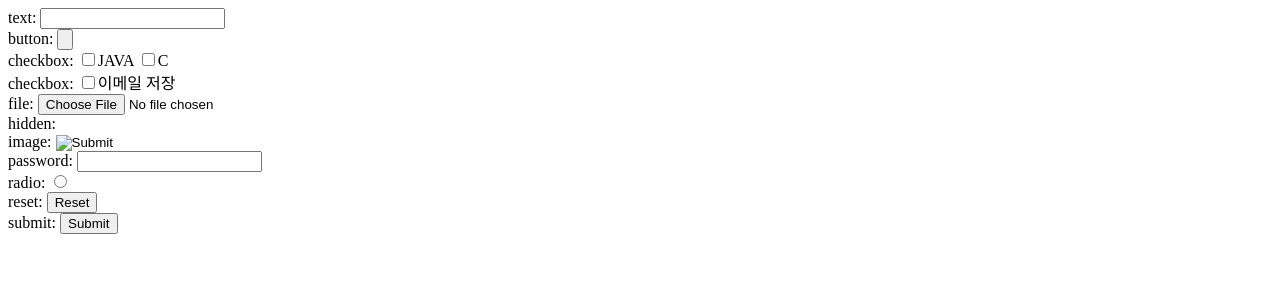
Repository: soso1525/bitcamp
Page: workspace/java-web/src/main/webapp/ch2/2-38.html
These files come from the project's save history. The page is drawn as it stood at one moment and after the next save; the edit follows.
The browser window is 1280 px wide. The pictures show the whole page.

Above is the page before, as saved 2017-12-12 07:09:19.

After the next save:
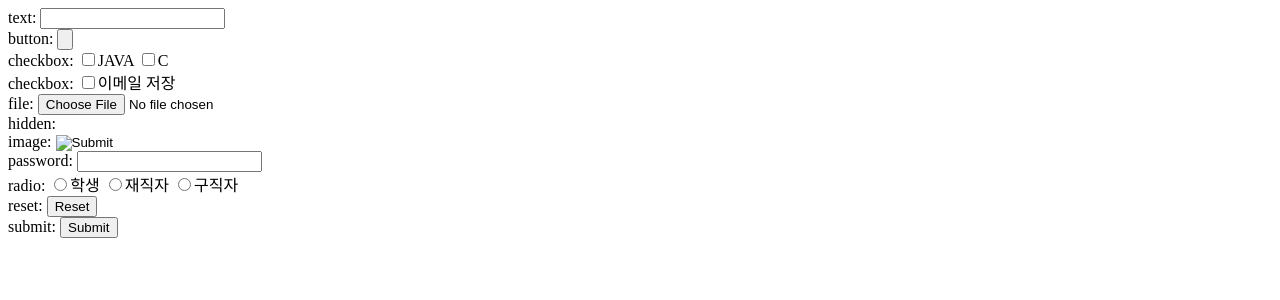
Saved 5 min 43 s later.
--- a/workspace/java-web/src/main/webapp/ch2/2-38.html
+++ b/workspace/java-web/src/main/webapp/ch2/2-38.html
@@ -14,7 +14,9 @@
         hidden: <input type="hidden" value="aa"/><br />
         image: <input type="image" /><br />
         password: <input type="password" /><br />
-        radio: <input type="radio" /><br />
+        radio: <input type="radio"/>학생
+               <input type="radio"/>재직자
+               <input type="radio"/>구직자 <br/>
         reset: <input type="reset" /><br />
         submit: <input type="submit" />
     </form>
